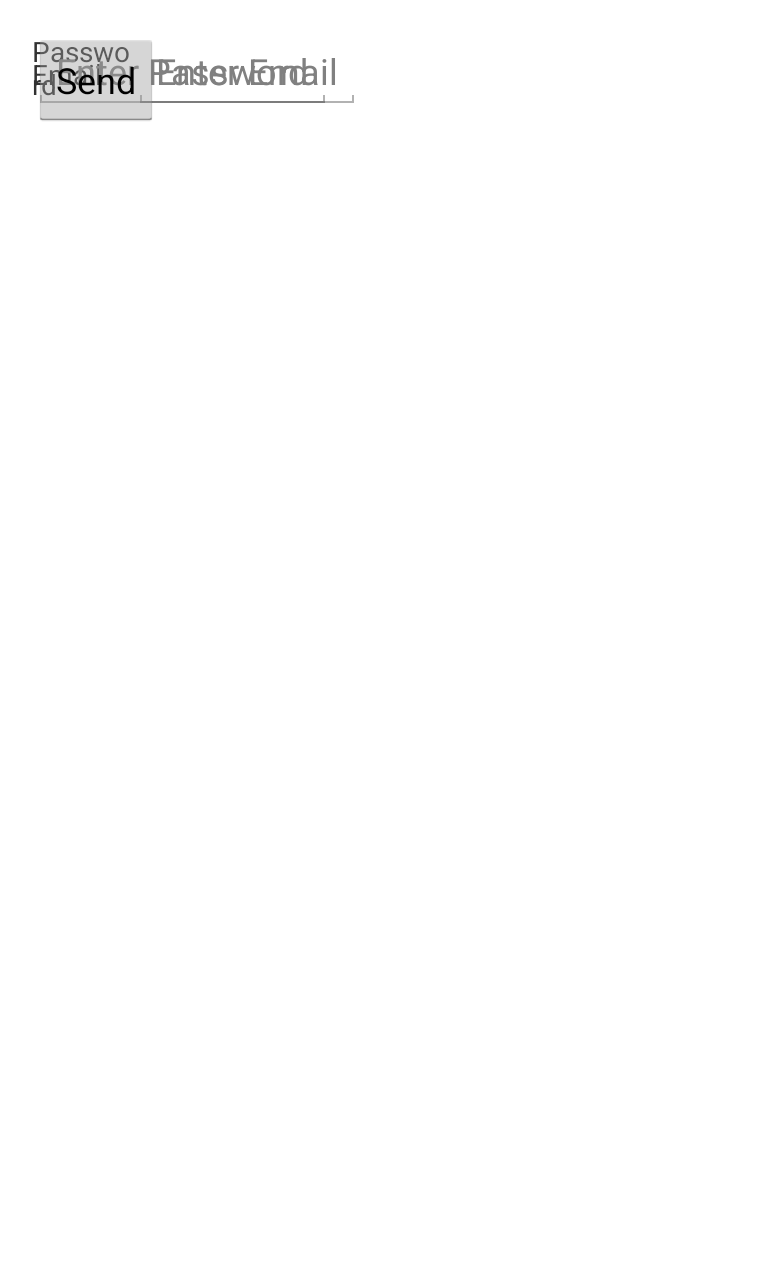
Repository: akhilnambiar/CS186_warmup1
Layout: frontend copy/LoginCounter/res/layout/activity_main.xml
These files come from the project's save history. The layout is drawn as it stood at one moment and after the next save; the edit follows.
It is drawn on a 768 x 1280 px phone screen (xhdpi) without system bars, with theme AppTheme; the app's code is not run.

Above is the layout before, as saved 2014-02-19 05:08:54.

### frontend copy/LoginCounter/res/layout/activity_main.xml
<RelativeLayout xmlns:android="http://schemas.android.com/apk/res/android"
    xmlns:tools="http://schemas.android.com/tools"
    android:layout_width="match_parent"
    android:layout_height="match_parent"
    android:paddingBottom="@dimen/activity_vertical_margin"
    android:paddingLeft="@dimen/activity_horizontal_margin"
    android:paddingRight="@dimen/activity_horizontal_margin"
    android:paddingTop="@dimen/activity_vertical_margin"
    android:orientation="horizontal"
    tools:context=".MainActivity" >
    <TextView
       android:id="@+id/tvEmail"
       android:layout_width="50dp"
       android:layout_height="wrap_content"
       android:text="@string/email_tag"
       android:layout_alignBaseline="@+id/edit_message"/>
	<EditText android:id="@+id/edit_message"
        android:layout_width="wrap_content"
        android:layout_height="wrap_content"
        android:hint="@string/email_message"
        android:layout_toRightOf="@+id/tvEmail" />
	<TextView
       android:id="@+id/tvPass"
       android:layout_width="50dp"
       android:layout_height="wrap_content"
       android:text="@string/pass_tag"
       android:layout_alignBaseline="@+id/etCountry"/>
    <EditText android:id="@+id/pass_message"
        android:layout_width="wrap_content"
        android:layout_height="wrap_content"
        android:hint="@string/pass_message" />
    <Button
        android:layout_width="wrap_content"
        android:layout_height="wrap_content"
        android:text="@string/button_send"
        android:onClick="sendMessage"/>
</RelativeLayout>

### frontend copy/LoginCounter/res/values/strings.xml
<?xml version="1.0" encoding="utf-8"?>
<resources>

    <string name="app_name">LoginCounter</string>
    <string name="button_send">Send</string>
    <string name="title_activity_main">Main Activity</string>
    <string name="action_settings">Settings</string>
    <string name="hello_world">Hello world!</string>
    <string name="edit_message">Enter a Message</string>
    <string name="email_message">Enter Email</string>
    <string name="pass_message">Enter Password</string>
    <string name="email_tag">Email</string>
    <string name="pass_tag">Password</string>
    <string name="title_activity_display_message">My Message</string>

</resources>

Loaded but not shown: frontend copy/LoginCounter/res/values/styles.xml (common file); frontend copy/LoginCounter/res/values-v11/styles.xml (common file); frontend copy/LoginCounter/res/values-v14/styles.xml (common file); frontend copy/LoginCounter/res/values/dimens.xml (common file)

After the next save:
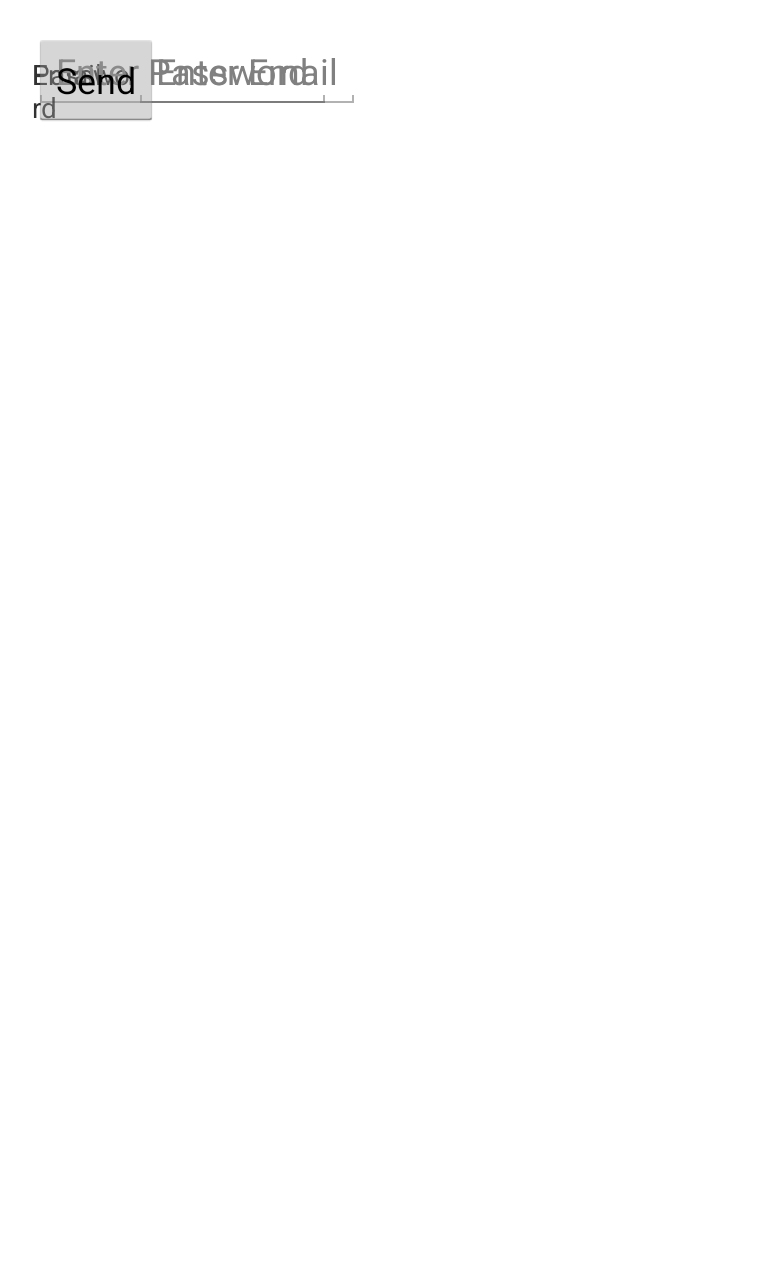
Saved 14 s later.
--- a/frontend copy/LoginCounter/res/layout/activity_main.xml
+++ b/frontend copy/LoginCounter/res/layout/activity_main.xml
@@ -24,7 +24,7 @@
        android:layout_width="50dp"
        android:layout_height="wrap_content"
        android:text="@string/pass_tag"
-       android:layout_alignBaseline="@+id/etCountry"/>
+       android:layout_alignBaseline="@+id/pass_message"/>
     <EditText android:id="@+id/pass_message"
         android:layout_width="wrap_content"
         android:layout_height="wrap_content"
